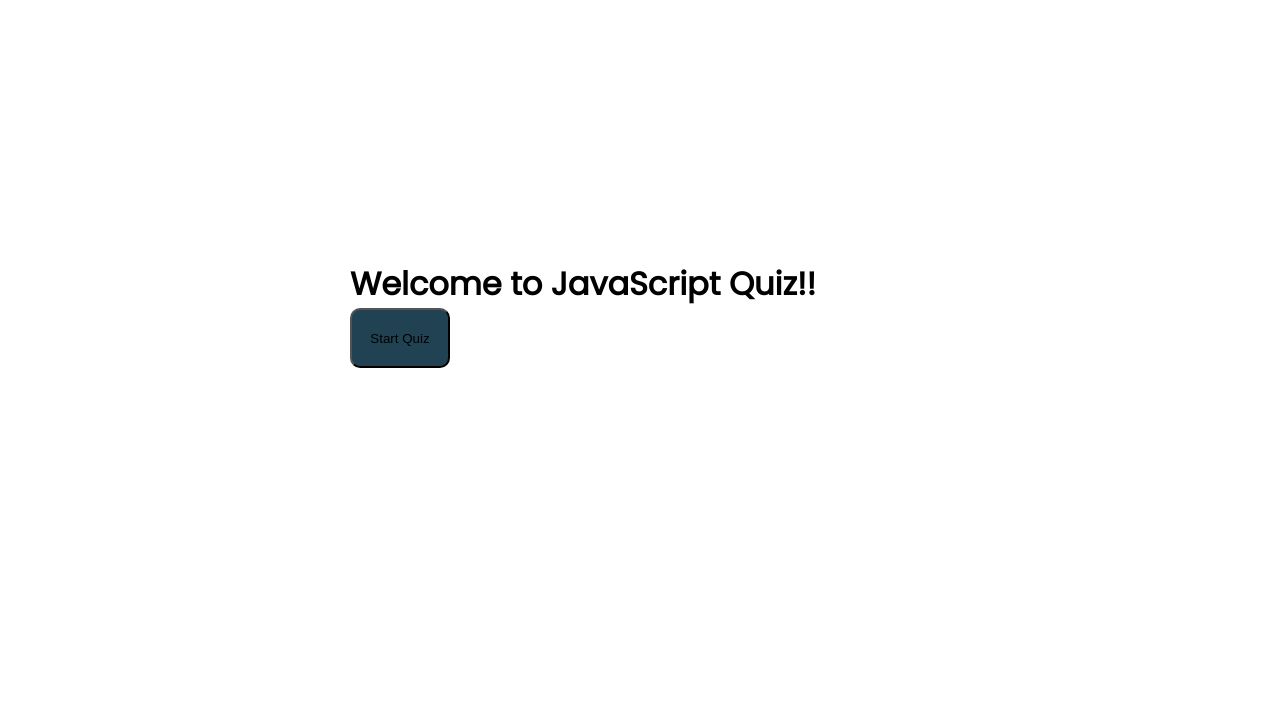
Repository: Mf948/javaQuiz
Page: index.html
An editor plug-in stored every save of this project. The page is shown before and after a run of saves, followed by the edit.
The browser window is 1280 px wide. The pictures show the whole page.

Above is the page before, as saved 2020-12-03 16:17:56.

### index.html
<!DOCTYPE html>
<html lang="en">
<head>
    <meta charset="UTF-8">
    <meta name="viewport" content="width=device-width, initial-scale=1.0">
    <title>Document</title>
   <link rel="stylesheet" href="stylesheet.css">
   <link rel="preconnect" href="https://fonts.gstatic.com">
<link href="https://fonts.googleapis.com/css2?family=Poppins&display=swap" rel="stylesheet">
</head>
<body>
<!-- <div class="coontainer">
       <div id ="question-container" class='hide'>
         <div id="question">Question</div>
         <div id= "answer-buttons" class ="btn-grid">


            <div>
      <div class="controls">
        <button id= "start-btn" class="start-btn btn">start</button>

        <button id= "next-btn" class="netx-btn hide" >next</button>
        </div>

    </div> -->
    <div id="welcomeContainer">
        <h1>Welcome to JavaScript Quiz!!</h1>
        <button id ="start-quiz-btn">Start Quiz</button>
    </div>

    <div id="questionContainer" class='hide_container'>
        <h1>Question</h1>
        <h2 id ="statement">statement</h2> </h2>
       <button id= "choice-A">choice A</button>
       <button id= "choice-b">choice B  </button>
       <button id= "choice-b">choice C  </button>
       <button id= "choice-b">choice D  </button>

    </div>


<script src="./script.js"></script>


</body>
</html>

### stylesheet.css
body{
    font-family: 'Poppins', sans-serif;
    background-color:
background-image: linear-gradient(225deg, #FF3CAC 0%, #784BA0 50%, #2B86C5 100%);
margin: auto;
width: 50%;
padding: 10px;

}

h1{
    margin: auto;

}
#start-quiz-btn{
    height: 60px;
    width: 100px;
    background-color: #214252;
    border-radius: 10px;

}

.hide_container {
    display: none;
}

.show_container{
    display:block;
}

### script.js
var startQuizBtn = document.getElementById("start-quiz-btn");
var question = [
    {
        statement: 'What Defines an HTML Element',
        choices: ['start tag', 'some content', 'end tag', 'all the above'],
        correct: 'all the above'
    },
    {
        statement: 'What does HTML stand for',
        choices: ['Hyper', 'some content', 'end tag', 'all the above'],
        correct: 'all the above'
    },
    {
        statement: 'What Defines an HTML Element',
        choices: ['start tag', 'some content', 'end tag', 'all the above'],
        correct: 'all the above'
    }

]
welcomeContainer.style.padding = "250px 100px 200px 30px ";
document.body.style.backgroundColor =
// for (var i=0; i < questions.length; i ++){
//    var response =  window.statement(questions[i].statement);
//    if (response == question[i].correct){

//    } else {
//        alert ("wrong")
//    }

// }


startQuizBtn.addEventListener('click', function() {
 console.log("start")
var welcomeContainer = document.getElementById('welcomeContainer');

welcomeContainer.style.display = 'none';

var questionContainer = document.getElementById("questionContainer")
 questionContainer.style.display = "block";
 questionContainer.setAttribute('class', 'background');



 //var questionContainer = document.getElementById("question")
 /*
 1. need to hide welcom screen

 2. shows the 1st question, and all possible choices
 3. add timer


 */


});

After the next 3 saves:
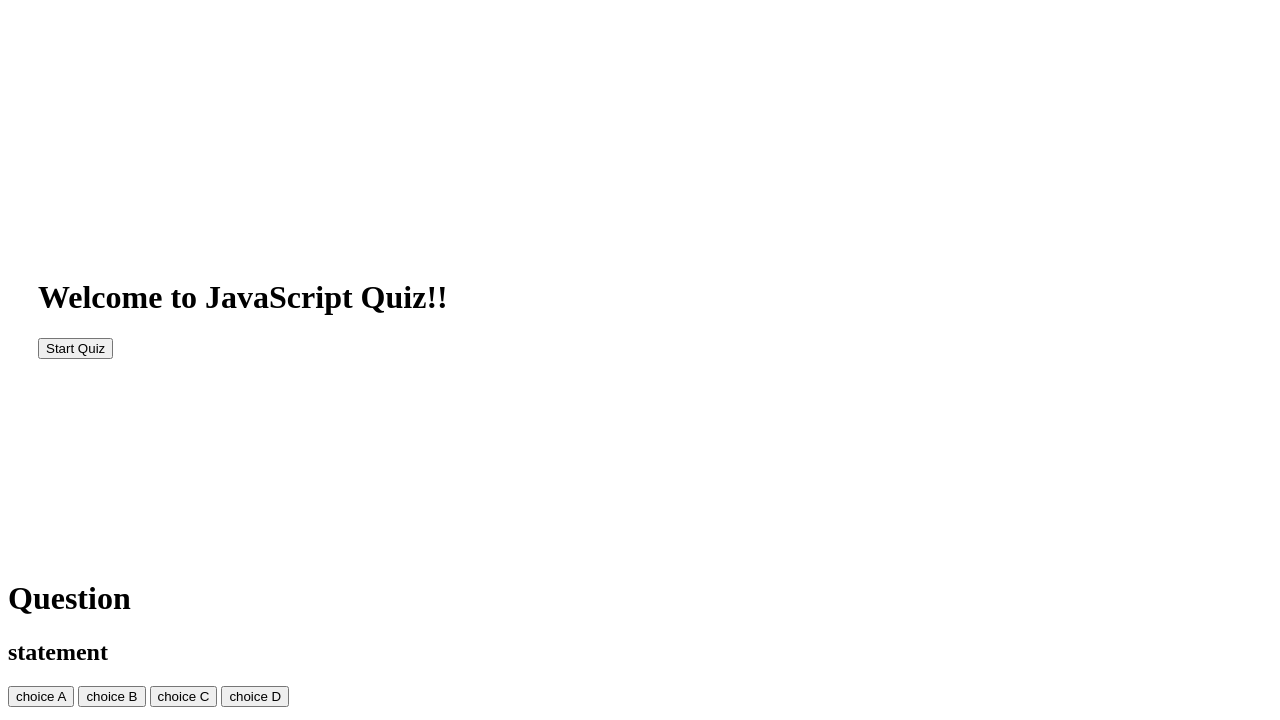
The 3 saves are shown as one change because they came seconds apart.
The last was saved 21 s later.
--- a/stylesheet.css
+++ b/stylesheet.css
@@ -1,4 +1,4 @@
-body{
+/*body{
     font-family: 'Poppins', sans-serif;
     background-color:
 background-image: linear-gradient(225deg, #FF3CAC 0%, #784BA0 50%, #2B86C5 100%);
